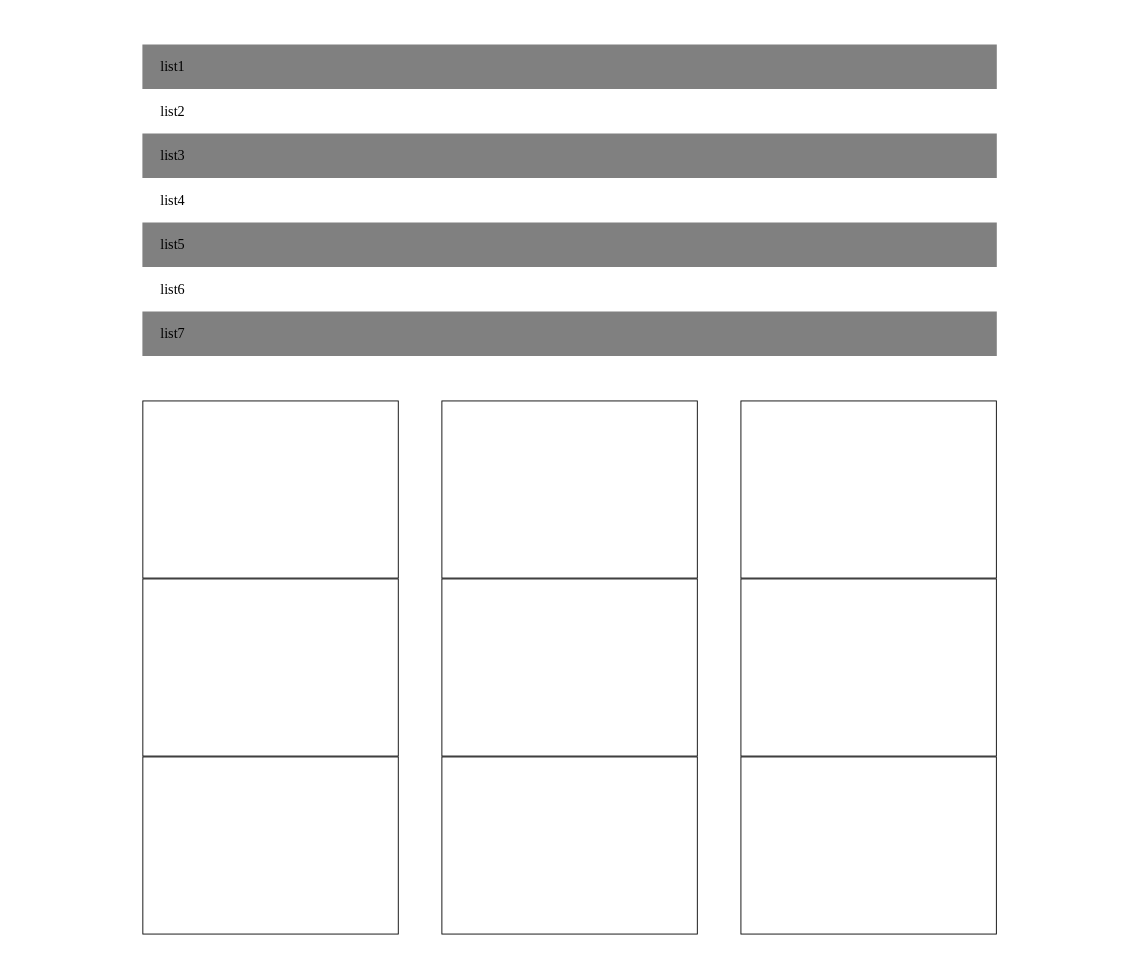
Repository: yukito7878/HTML-CSS-practice
Page: caravan/index8-practice.html
The author's editor kept a record of every edit. The page is drawn from the files as they stood at one moment, then again after the next edit.
The browser window is 1280 px wide. The pictures show the whole page, at 89% of full size.

Above is the page before.

After the next edit:
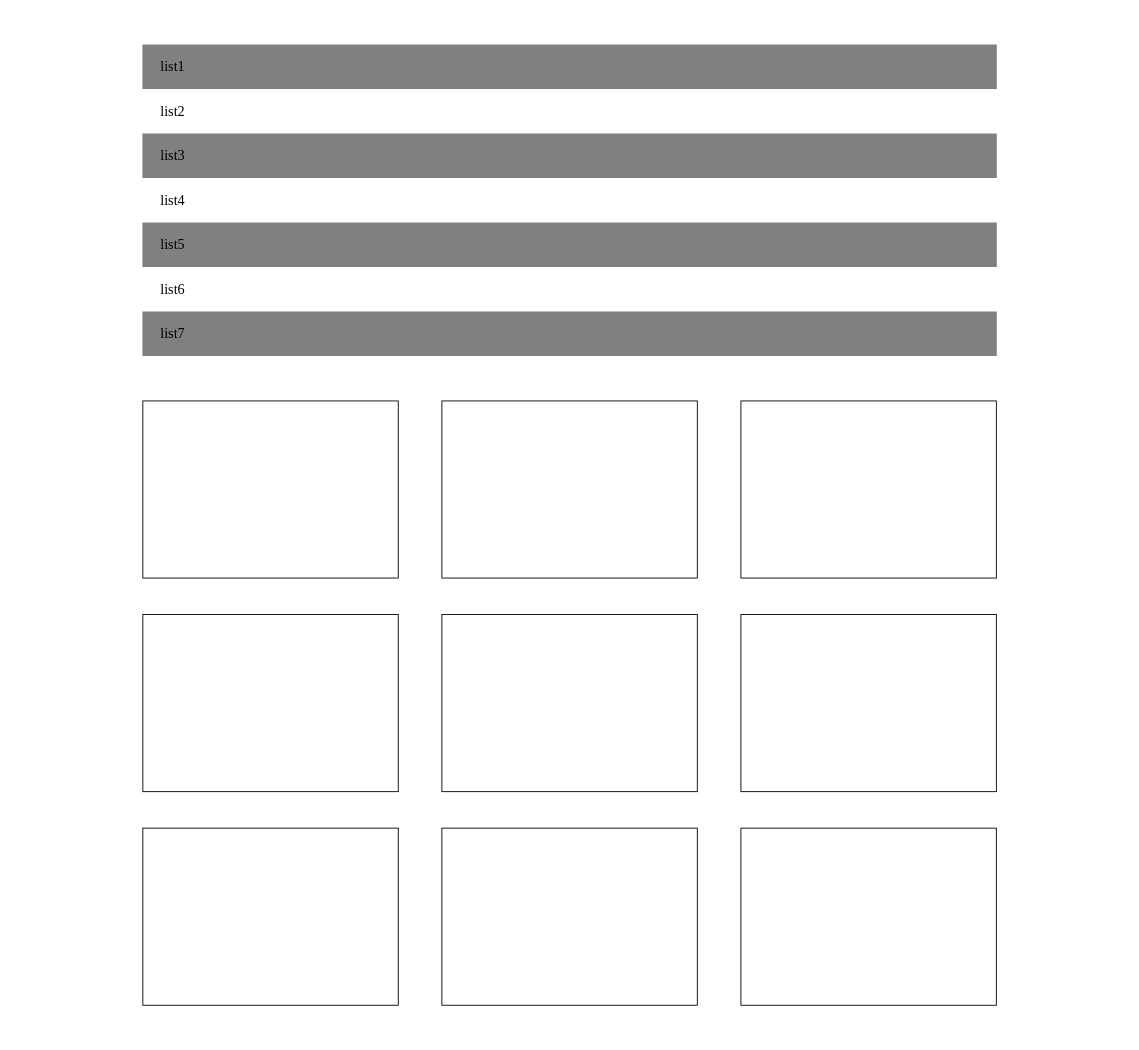
The edit:
--- a/caravan/style8-practice.css
+++ b/caravan/style8-practice.css
@@ -31,6 +31,15 @@
 .big-color-block{
   margin-top: 50px;
 }
+
+.color-blocks:nth-child(2){
+  margin-top: 40px;
+}
+
+.color-blocks:nth-child(3){
+  margin-top: 40px;
+}
+
 .color-blocks{
   width: 960px;
   display: flex;
